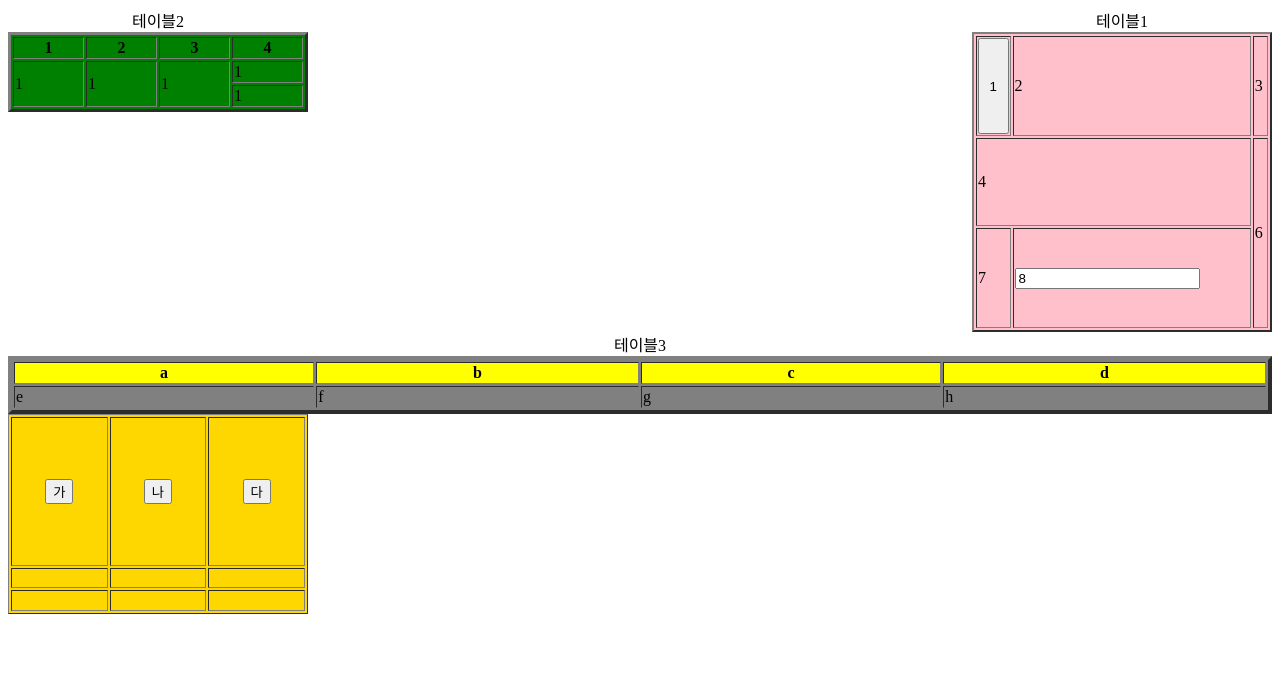
Repository: trapezer84/JSP
Page: http://localhost/AB_WebCalc/listTest1.jsp
The author's editor kept a copy of each file at every save. The page is drawn from the files as they stood at one save, then again after the next save.
The browser window is 1280 px wide. The pictures show the whole page.
The page is served by Tomcat 9.

Above is the page before, as saved 2016-02-02 11:48:13.

After the next save:
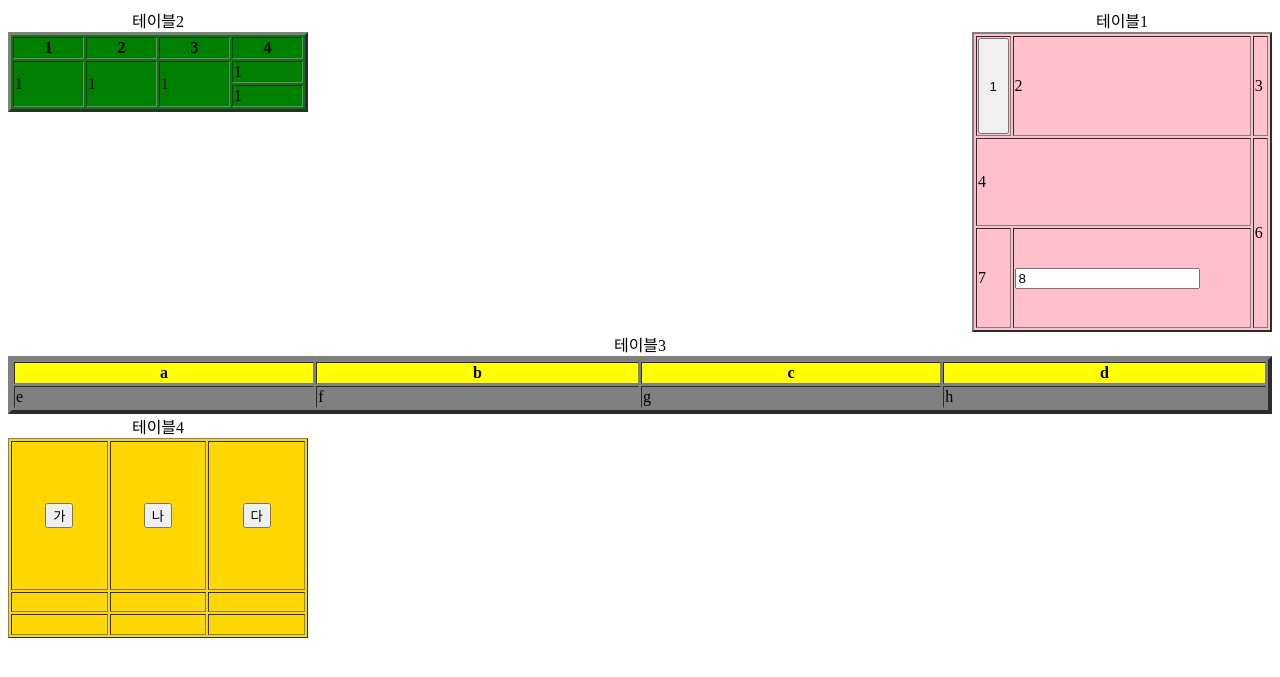
Saved 24 s later.
--- a/AB_WebCalc/WebContent/listTest1.jsp
+++ b/AB_WebCalc/WebContent/listTest1.jsp
@@ -64,6 +64,7 @@
 	</table>
 
 	<table border="1" bgcolor="gold" width=300 height=200>
+	<caption> 테이블4 </caption>
 		<tr>
 			<th><input type="button" value="가" style=""/></th>
 			<th><input type="button" value="나" /></th>
